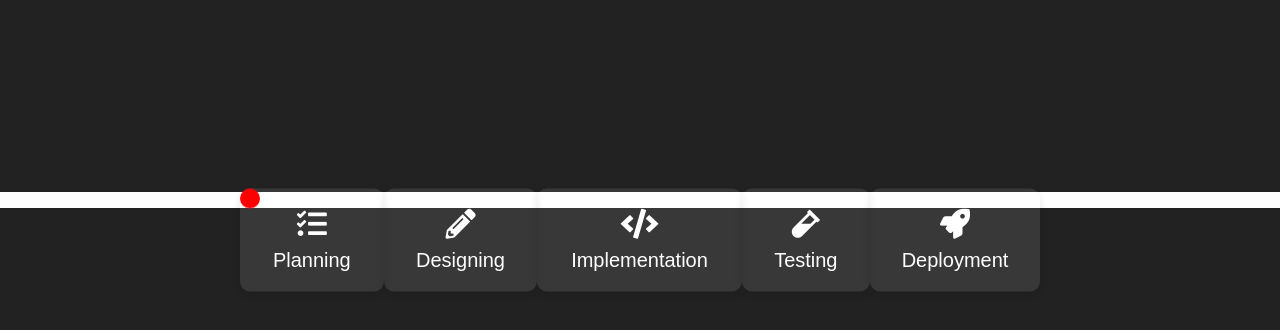
Repository: itsquadian/IT-SQUADIAN
Page: try.html
An editor plug-in stored every save of this project. The page is shown before and after the next save, followed by the edit.
The browser window is 1280 px wide. The pictures show the whole page.

Above is the page before, as saved 2024-04-13 20:08:37.

After the next save:
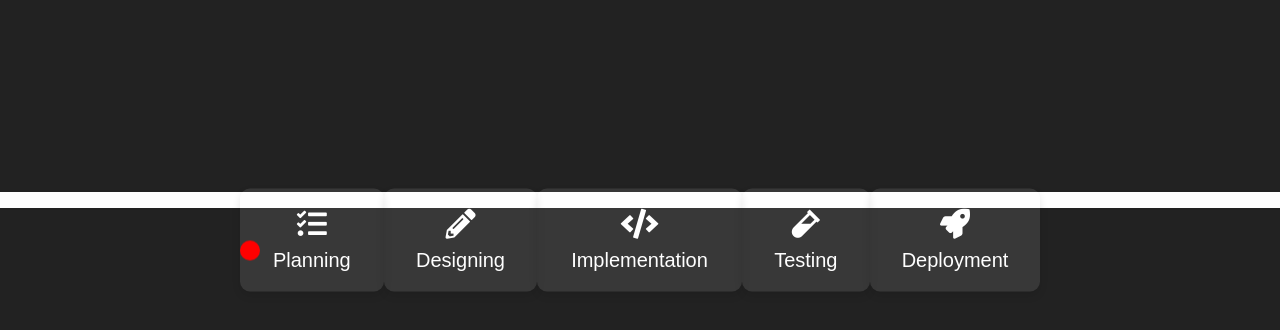
Saved 65 s later.
--- a/try.html
+++ b/try.html
@@ -65,20 +65,23 @@
 
     .ball {
         position: absolute;
-        top: 0;
+        top: 50%;
         left: 0;
         width: 20px;
         height: 20px;
         background-color: #f00;
         border-radius: 50%;
-        animation: bounce 5s linear forwards;
+        animation: bounce 5s linear infinite;
+        animation-delay: 5s; /* Delay to start after appearing */
     }
 
     @keyframes bounce {
-        0%, 100% { transform: translate(0, 0); }
-        25% { transform: translate(calc(25% - 10px), -50%); }
-        50% { transform: translate(calc(50% - 10px), 0); }
-        75% { transform: translate(calc(75% - 10px), 50%); }
+        0% { transform: translateX(0); }
+        20% { transform: translateX(20%); }
+        40% { transform: translateX(40%); }
+        60% { transform: translateX(60%); }
+        80% { transform: translateX(80%); }
+        100% { transform: translateX(100%); }
     }
 
     @keyframes appear {
